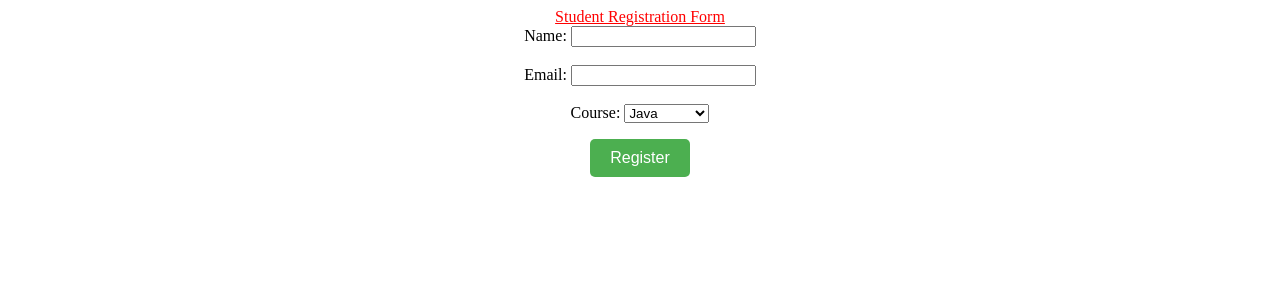
Repository: anik3395/JavaServletProjects
Page: eclipse-workspace/StudentRegistrationSystem/src/main/webapp/registration.html
These files come from the project's save history. The page is drawn as it stood at one moment and after the next save; the edit follows.
The browser window is 1280 px wide. The pictures show the whole page.

Above is the page before, as saved 2024-10-22 14:15:25.

After the next save:
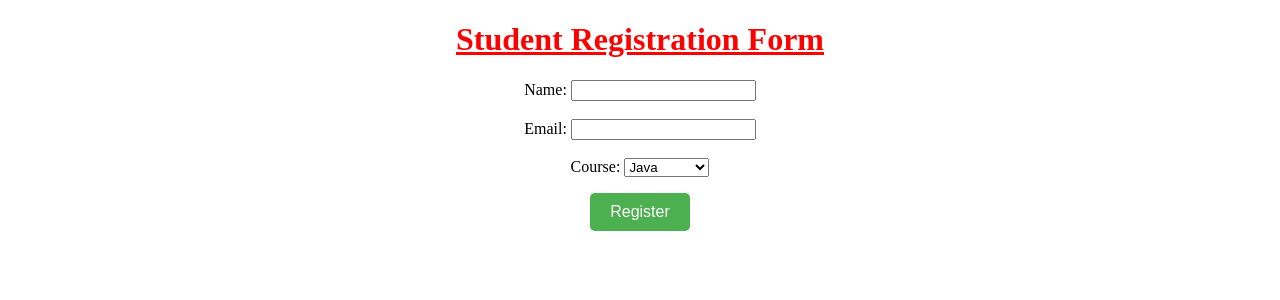
Saved 24 s later.
--- a/eclipse-workspace/StudentRegistrationSystem/src/main/webapp/registration.html
+++ b/eclipse-workspace/StudentRegistrationSystem/src/main/webapp/registration.html
@@ -6,7 +6,7 @@
 </head>
 <body style="text-align:center;">
 
-<u style="color:red; ><h1 style="color:red;">Student Registration Form</h1></u>
+<u style="color:red;" ><h1 style="color:red;">Student Registration Form</h1></u>
 
  <!-- Create a form for Registration -->
 <form action="register" method="post">
